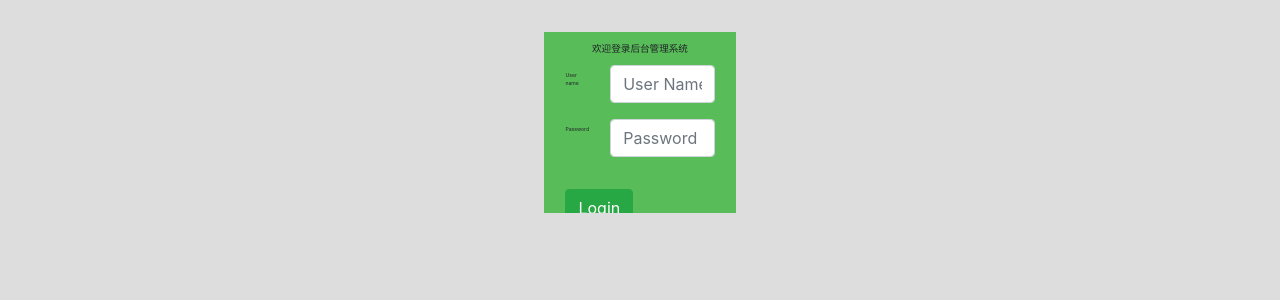
Repository: gzh51904/baiyangApp
Page: / (app in houtai/Vue-admin/)
An editor plug-in stored every save of this project. The page is shown before and after the next save, followed by the edit.
The browser window is 1280 px wide. The pictures show the whole page.
The project was rebuilt for these pictures with package versions that can differ from the ones it lists, and the page was loaded fresh each time. Also part of the build but not shown: houtai/Vue-admin/vue.config.js.

Above is the page before, as saved 2019-05-11 10:35:10.

After the next save:
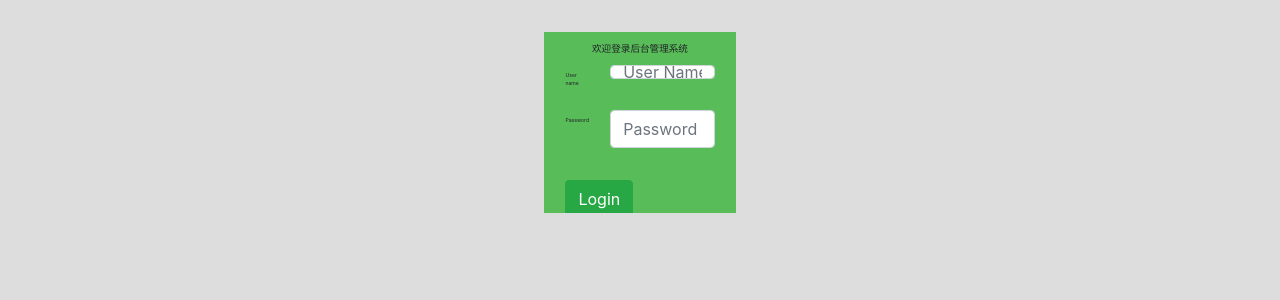
Saved 3 min 58 s later.
--- a/houtai/Vue-admin/src/pages/login.vue
+++ b/houtai/Vue-admin/src/pages/login.vue
@@ -6,7 +6,7 @@
    <div class="form-group row">
     <label for="inputUsername" class="col-sm-3 col-form-label">User name</label>
     <div class="col-sm-9">
-      <input type="password" class="form-control" id="inputUsername" placeholder="User Name">
+      <input type="password" class="form-control" id="inputUsername" placeholder="User Name" style="height:.6rem">
     </div>
   </div>
   <div class="form-group row">
